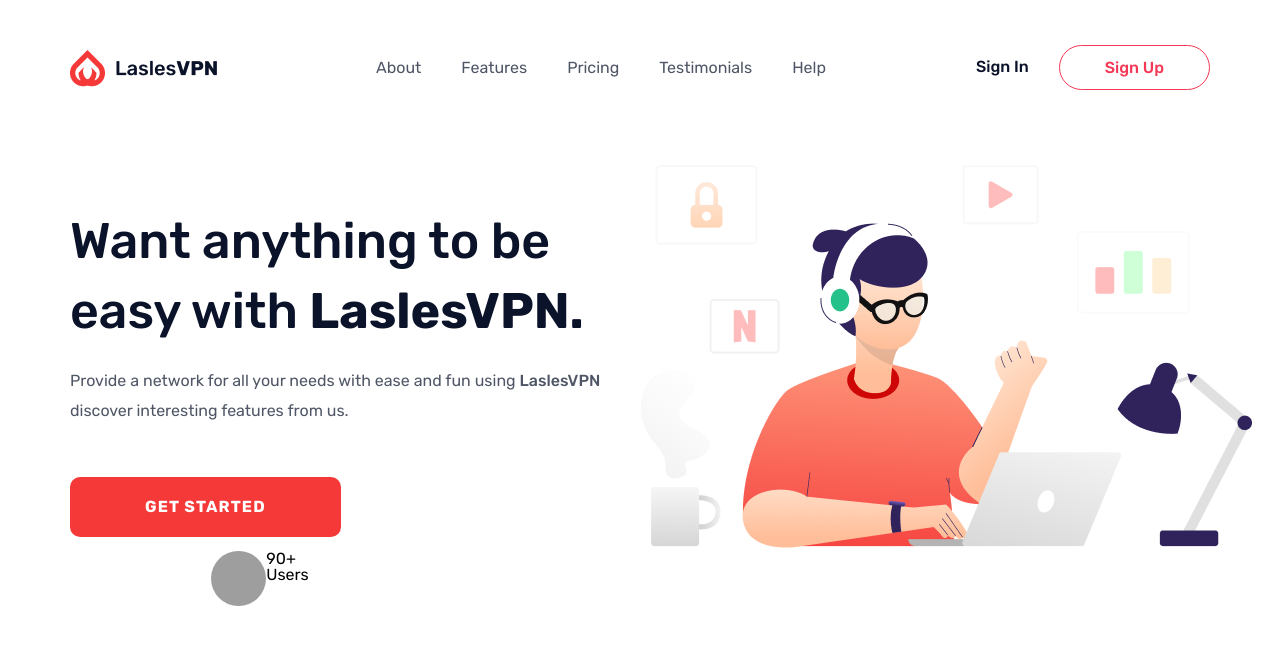
Repository: nafiesallahu/beetroot-fe-g1
Page: Homework10/index.html
An editor plug-in stored every save of this project. The page is shown before and after the next save, followed by the edit.
The browser window is 1280 px wide. The pictures show the whole page.
Pictures or frames that could not be fetched are drawn as grey boxes.

Above is the page before, as saved 2021-01-27 19:51:02.

### Homework10/index.html
<!DOCTYPE html>
<html lang="en">

<head>
  <meta charset="UTF-8">
  <meta name="viewport" content="width=device-width, initial-scale=1.0">
  <title>Lasless VPN</title>
  <link rel="preconnect" href="https://fonts.gstatic.com">
  <link href="https://fonts.googleapis.com/css2?family=Rubik:ital,wght@0,400;0,500;0,700;1,400;1,500;1,700&display=swap" rel="stylesheet">
  <link rel="stylesheet" href="./styles/style.css">
</head>

<body>
  <header class="main-header">
    <div class="container">
      <a href="index.html" class="logo">
        <img src="images/Logo.png" alt="LaslesVPN">
      </a>
      <nav class="main-nav">
        <ul>
          <li><a href="#">About</a></li>
          <li><a href="#">Features</a></li>
          <li><a href="#">Pricing</a></li>
          <li><a href="#">Testimonials</a></li>
          <li><a href="#">Help</a></li>
        </ul>
        <div class="nav-buttons">
          <a href="#" class="btn btn--link">Sign In</a>
          <a href="#" class="btn">Sign Up</a>
        </div>
      </nav>
    </div>
  </header>
  <main class="main-content">
    <section class="hero">
      <div class="container">
        <div class="hero__text">
          <h1>Want anything to be easy with <span>LaslesVPN.</span></h1>
          <p>Provide a network for all your needs with ease and fun using <span>LaslesVPN</span> discover interesting features from us.</p>
          <a href="#" class="btn">Get Started</a>
        </div>
        <div class="hero__image">
          <img src="images/illustration_1.png" alt="illustration_1.png">
        </div>
      </div>
    </section>
    <section class="stats">
      <div class="container">
        <div class="column-third">
          <div class="stat-item">
            <div class="stat-item__icon icon-user">
            </div>
            <div class="stat-item__text">
              <h4>90+</h4>
              <p>Users</p>
            </div>
          </div>
        </div>
      </div>
    </section>
  </main>
</body>

</html>

### Homework10/styles/style.css
/* http://meyerweb.com/eric/tools/css/reset/
   v2.0 | 20110126
   License: none (public domain)
*/

html, body, div, span, applet, object, iframe,
h1, h2, h3, h4, h5, h6, p, blockquote, pre,
a, abbr, acronym, address, big, cite, code,
del, dfn, em, img, ins, kbd, q, s, samp,
small, strike, strong, sub, sup, tt, var,
b, u, i, center,
dl, dt, dd, ol, ul, li,
fieldset, form, label, legend,
table, caption, tbody, tfoot, thead, tr, th, td,
article, aside, canvas, details, embed,
figure, figcaption, footer, header, hgroup,
menu, nav, output, ruby, section, summary,
time, mark, audio, video {
	margin: 0;
	padding: 0;
	border: 0;
	font-size: 100%;
	font: inherit;
	vertical-align: baseline;
}
/* HTML5 display-role reset for older browsers */
article, aside, details, figcaption, figure,
footer, header, hgroup, menu, nav, section {
	display: block;
}
body {
	line-height: 1;
}
ol, ul {
	list-style: none;
}
blockquote, q {
	quotes: none;
}
blockquote:before, blockquote:after,
q:before, q:after {
	content: '';
	content: none;
}
table {
	border-collapse: collapse;
	border-spacing: 0;
}

/* ========================================================== */

* {
  box-sizing: border-box;
}

body {
  font-family: 'Rubik', sans-serif;
}
.main-header {
  float: left;
  width: 100%;
  padding-top: 45px;
  padding-bottom: 45px;
}
.container {
  width: 100%;
  max-width: 1140px;
  margin:0 auto;
}
.main-nav a {
  text-decoration: none;
}
.main-nav ul {
  float: left;
  margin-left: 157px;
  padding-top: 13px;
}
.main-nav ul li {
  margin-right: 40px;
  float: left;
}
.main-nav ul li a{
  font-size: 16px;
  line-height: 19px;
  color: #4F5665;
}
.logo {
  float: left;
  margin-top:5px;
}
.nav-buttons {
  float: right;
}
.nav-buttons .btn {
  color: #F53855;
  font-size: 16px;
  padding-left: 45px;
  padding-right: 45px;
  height: 45px;
  line-height: 43px;
  border: 1px solid #F53855;
  float: left;
  border-radius: 50px;
  font-weight: 500;
}
.nav-buttons .btn--link {
  padding-left: 0;
  padding-right: 0;
  border:0;
  margin-right:30px;
  color: #0B132A;
}

/* HERO */
.hero {
  float: left;
  width: 100%;
}
.hero__text {
  float: left;
  width:50%;
  padding-top:71px;
}
.hero__image {
  float: left;
  width:50%;
  padding-top:30px;

}

.hero__text h1 {
  font-weight: 500;
  font-size: 50px;
  line-height: 70px;
  color: #0B132A;
  margin-bottom: 20px;
}
.hero__text p {
  font-size: 16px;
  color: #4F5665;
  line-height: 1.9em;
  margin-bottom: 50px;
}
.hero__text h1 span {
  font-weight: bold;
}
.hero__text p span {
  font-weight: 500;
}

.hero__text .btn {
  float: left;
  height: 60px;
  line-height: 60px;
  padding-left: 75px;
  padding-right: 75px;
  background: #F53838;
  border-radius: 10px;
  text-decoration: none;
  color: white;
  font-weight: 700;
  font-size: 16px;
  text-transform: uppercase;
  letter-spacing: 0.07em;
}

/* ===================== */
.column-third  {
  float: left;
  width:33.3333333333%;
  text-align: center;
}
.stat-item {
  display: inline-block;
}
.stat-item__icon {
  background: #FFECEC;
  width: 55px;
  height: 55px;
  border-radius:50%;
  text-align: center;
  background-repeat: no-repeat;
  background-position: center;
  float: left;
}
.stat-item__icon.icon-user {
 background-image: url('../images/user-icon.png');
}
.stat-item__text {
  float:left;
  text-align: left;
}

After the next save:
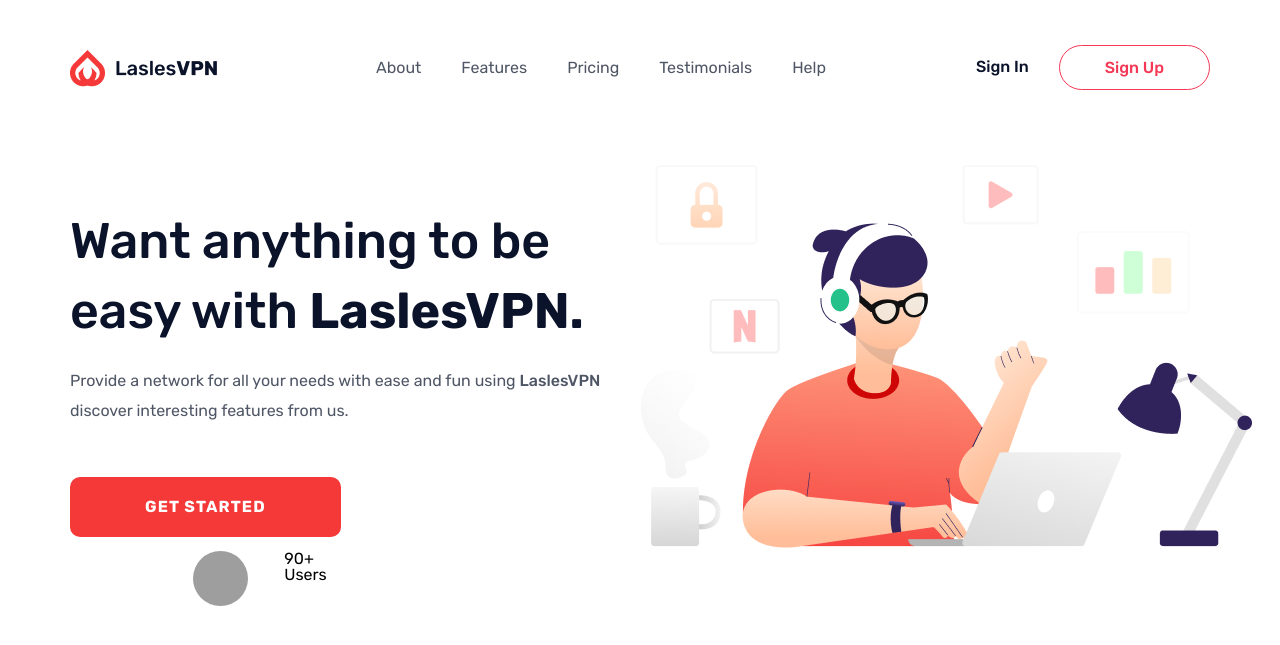
Saved 69 s later.
--- a/Homework10/styles/style.css
+++ b/Homework10/styles/style.css
@@ -189,4 +189,5 @@
 .stat-item__text {
   float:left;
   text-align: left;
+  padding-left: 36px;
 }
